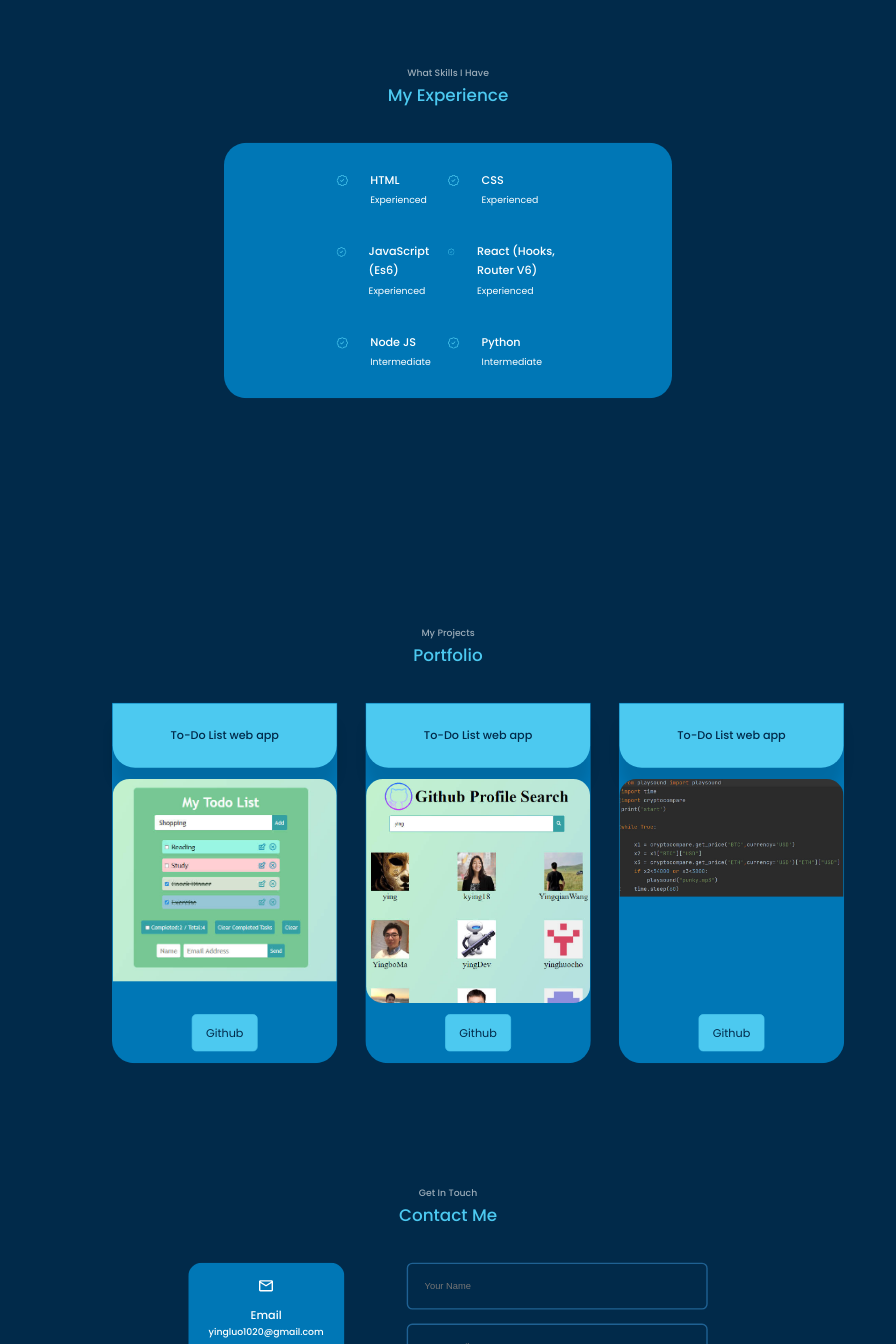
Repository: yingluo1020/react-portfolio-website
Page: /
These files come from the project's save history. The page is drawn as it stood at one moment and after the next save; the edit follows.
The browser window is 1280 px wide. The pictures show the part of the page from y = 1147 to 3067 px (the page is 3983 px tall before and 4020 px after), at 70% of full size.
The project was rebuilt for these pictures with package versions that can differ from the ones it lists, and the page was loaded fresh each time. Imported but missing from the stored project, and not drawn on this page: src/assets/cv1.pdf.

Above is the page before, as saved 2022-03-16 10:13:41.

After the next save:
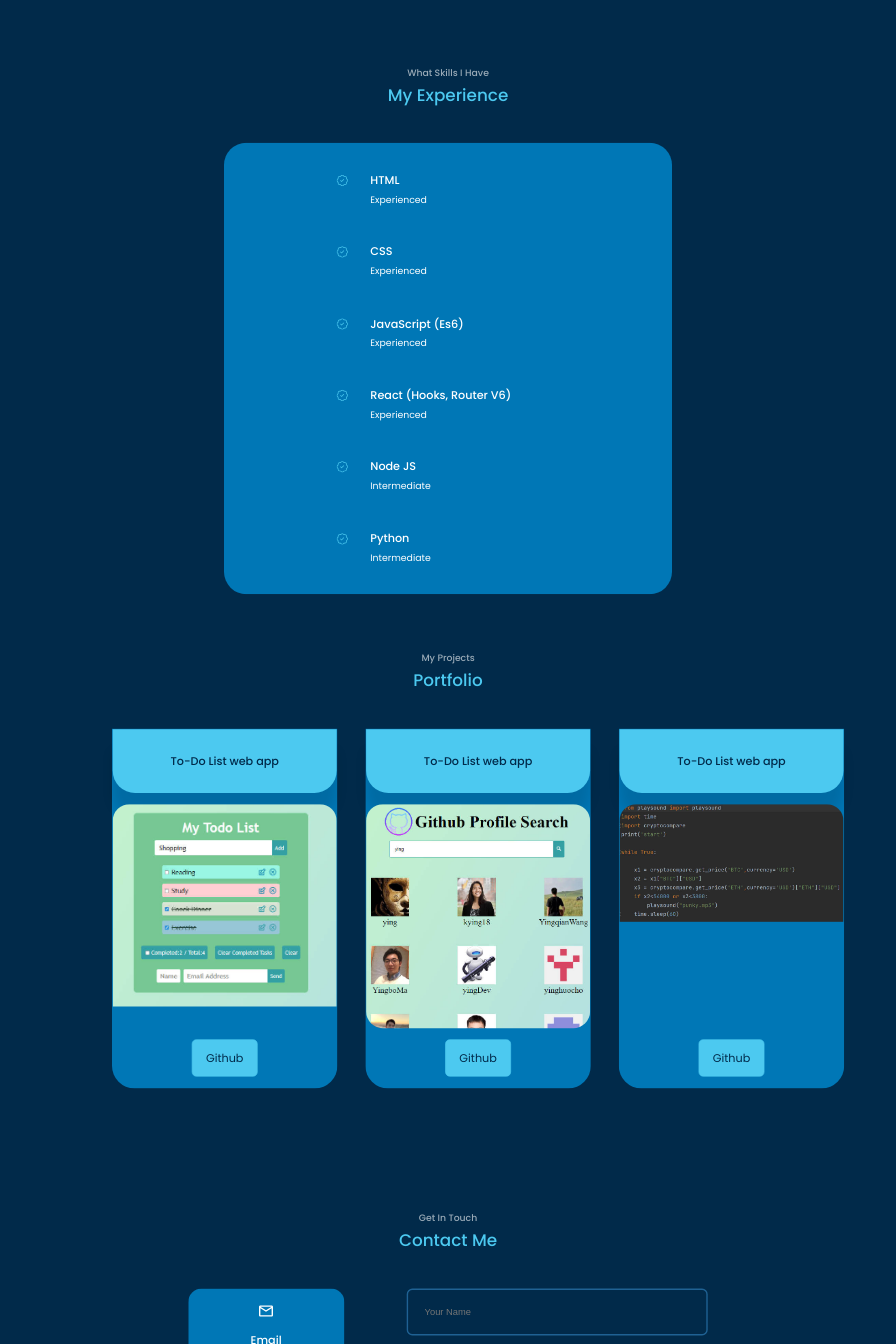
Saved 65 s later.
--- a/src/components/experience/experience.css
+++ b/src/components/experience/experience.css
@@ -1,6 +1,5 @@
 .experience_container{
     width: 50%;
-    min-height: 50vh;
 }
 
 .experience_container >div {
@@ -19,7 +18,7 @@
 
 .experience_content {
     display: grid;
-    grid-template-columns: 1fr 1fr;
+    /* grid-template-columns: 1fr 1fr; */
     row-gap: 3rem;
 }
 

After the save that followed:
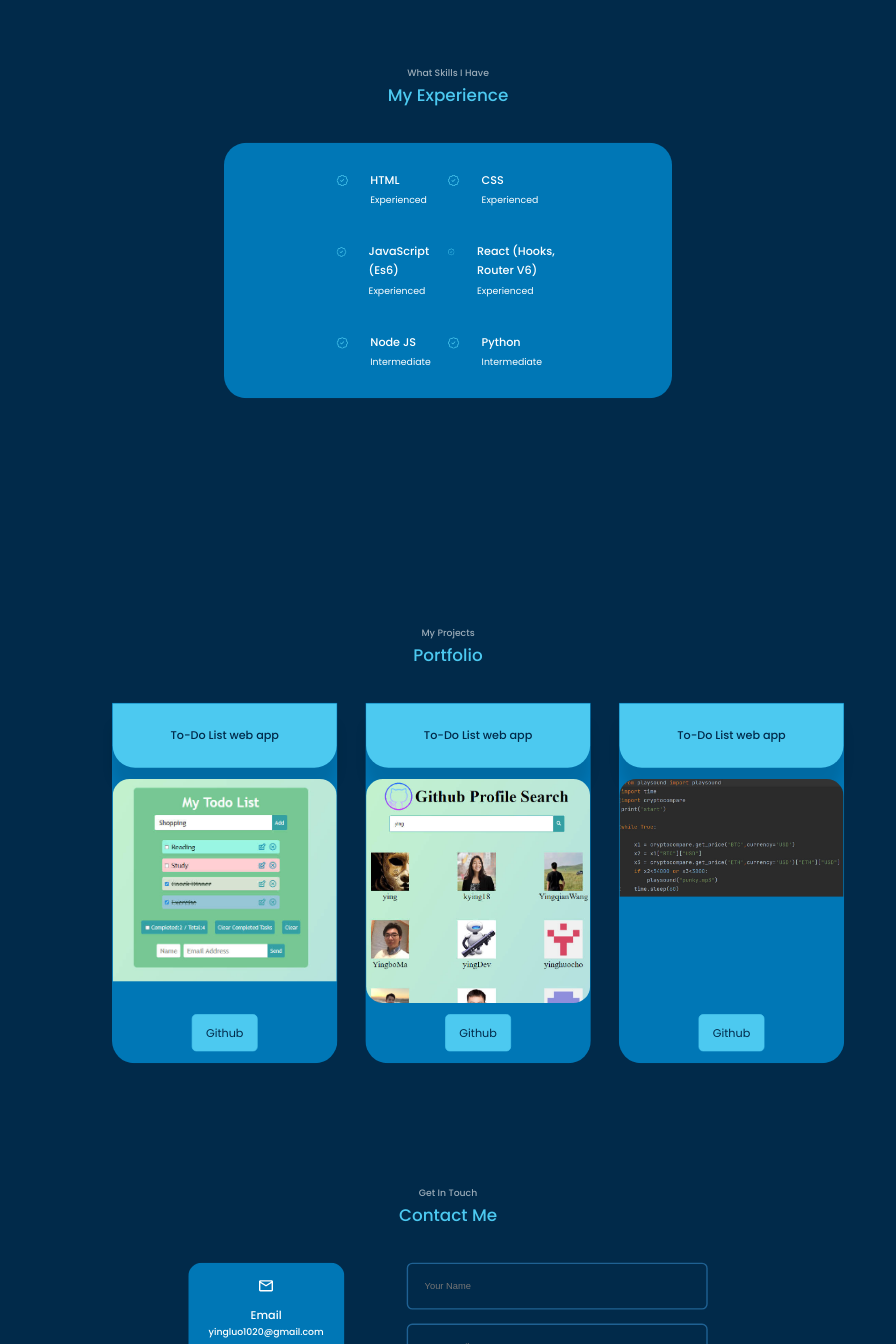
Saved 6 s later.
--- a/src/components/experience/experience.css
+++ b/src/components/experience/experience.css
@@ -18,7 +18,7 @@
 
 .experience_content {
     display: grid;
-    /* grid-template-columns: 1fr 1fr; */
+    grid-template-columns: 1fr 1fr;
     row-gap: 3rem;
 }
 
